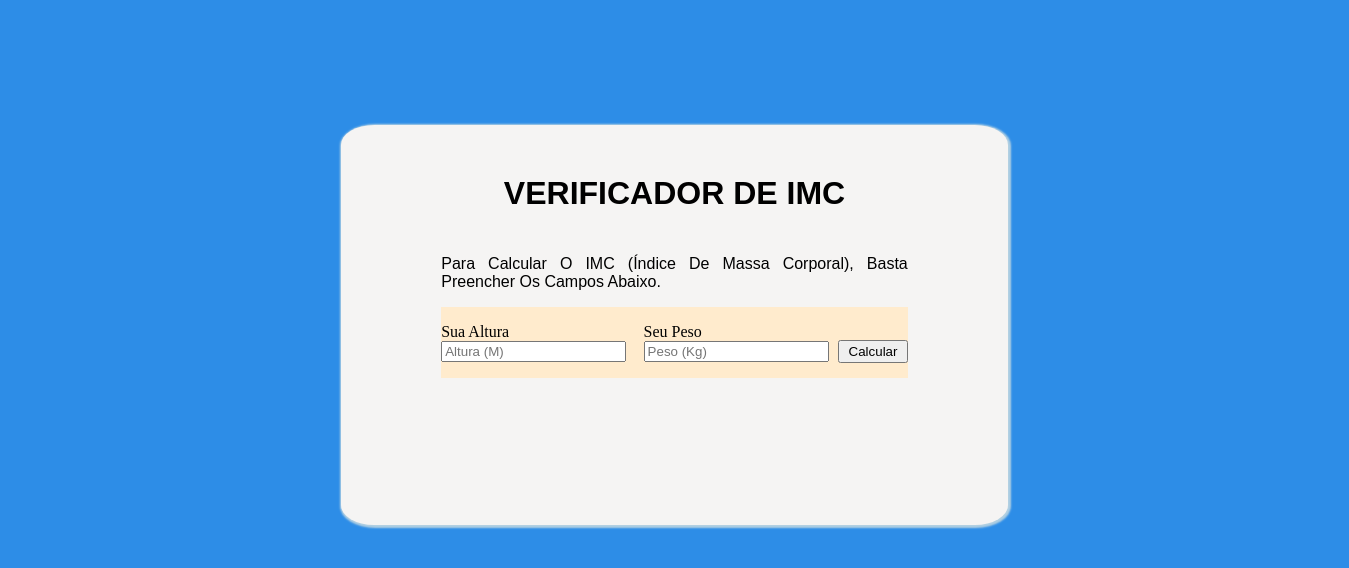
Repository: Ramonuriel/JS-Projetos
Page: Verificador de IMC/index.html
An editor plug-in stored every save of this project. The page is shown before and after the next save, followed by the edit.
The browser window is 1280 px wide. The page is 1349 px wide, so the pictures cover 1349 px, including what lies to the right of the window. The pictures show the whole page.

Above is the page before, as saved 2022-11-15 19:53:15.

After the next save:
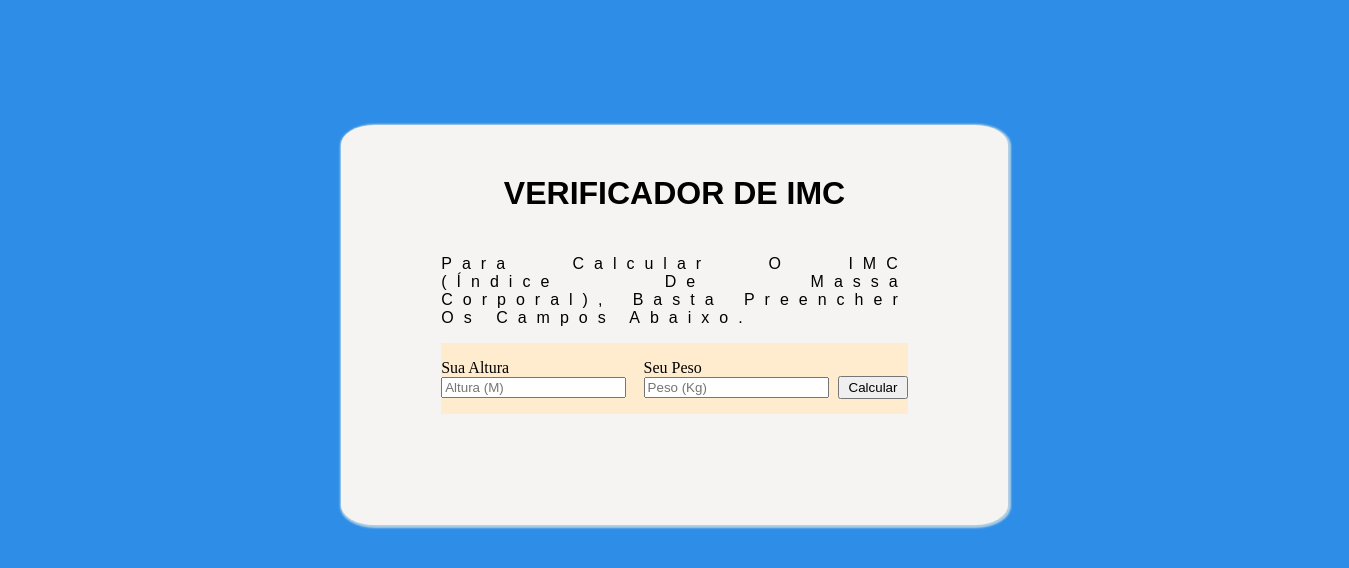
Saved 5 s later.
--- a/Verificador de IMC/CSS/style.css
+++ b/Verificador de IMC/CSS/style.css
@@ -23,7 +23,7 @@ body {
   font-family: Arial, sans-serif;
   font-weight: 500;
   text-transform: capitalize;
-  letter-spacing: 0%;
+  letter-spacing: 10px;
 }
 
 .box {
